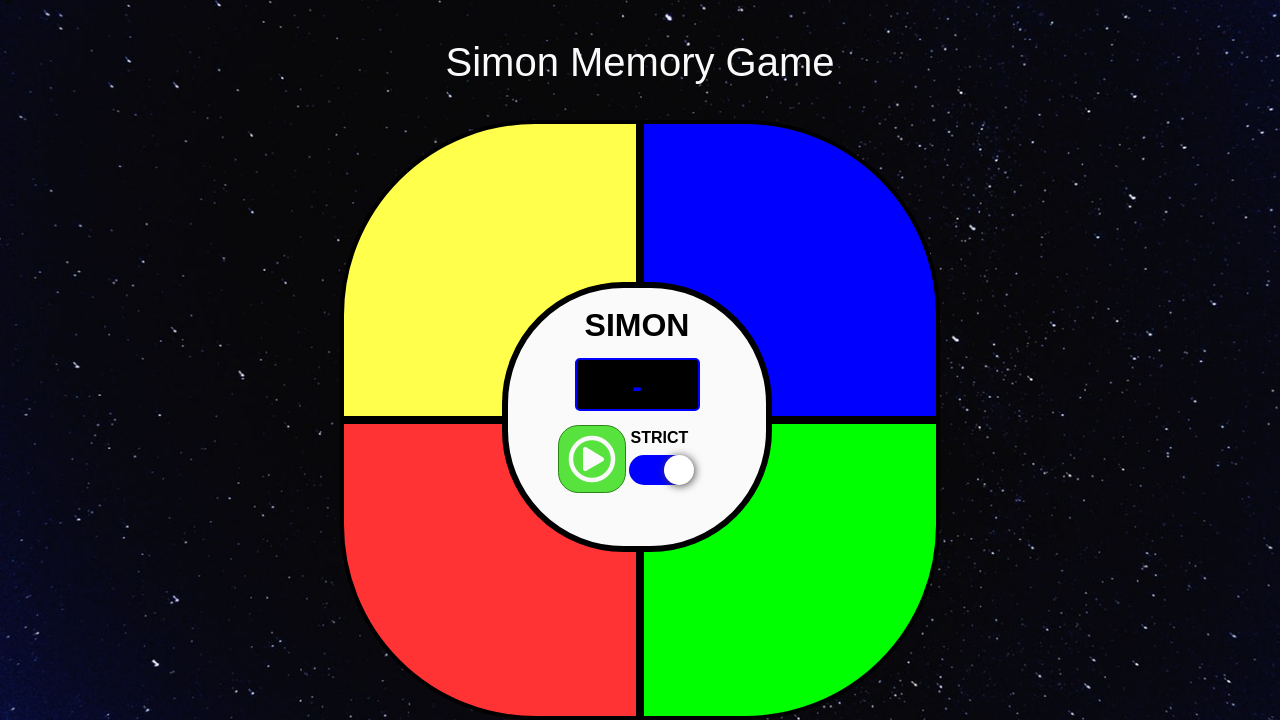
Repository: 5803emma/milestone2-simongame
Page: index.html
The author's editor kept a record of every edit. The page is drawn from the files as they stood at one moment, then again after the next edit.
The browser window is 1280 px wide. The pictures show the whole page.
An inner scrolling area shows only its first screen. Some web libraries are served in a nearby version.

Above is the page before.

After the next edit:
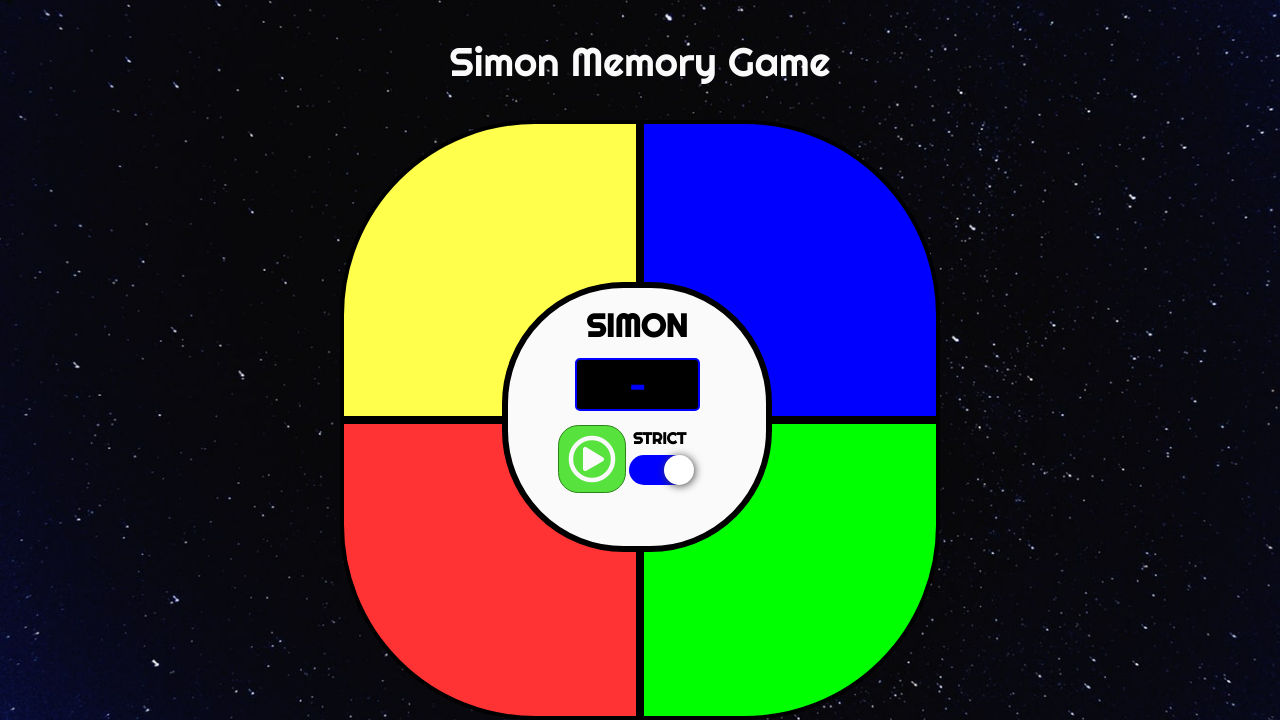
The edit:
--- a/assets/css/style.css
+++ b/assets/css/style.css
@@ -14,7 +14,7 @@
     background: url(../images/background.jpg) no-repeat center center;
     background-size: cover;
     background-color: #000000;
-    font-family: 'Inconsolata', sans-serif;
+    font-family: 'Righteous', sans-serif;
     color: #fafafa;
 }
 
@@ -291,7 +291,7 @@
     background-size: cover;
     background-color: #010e18;
     color: #fff;
-    font-family: 'Inconsolata', sans-serif;
+    font-family: 'Righteous', sans-serif;
     top: 3vh;
     width: 90%;
     margin: auto;
@@ -316,7 +316,7 @@
 }
 
 .modal-body-info {
-    font-family: 'Inconsolata', sans-serif;
+    font-family: 'Righteous', sans-serif;
     height: 50vh;
 }
 
